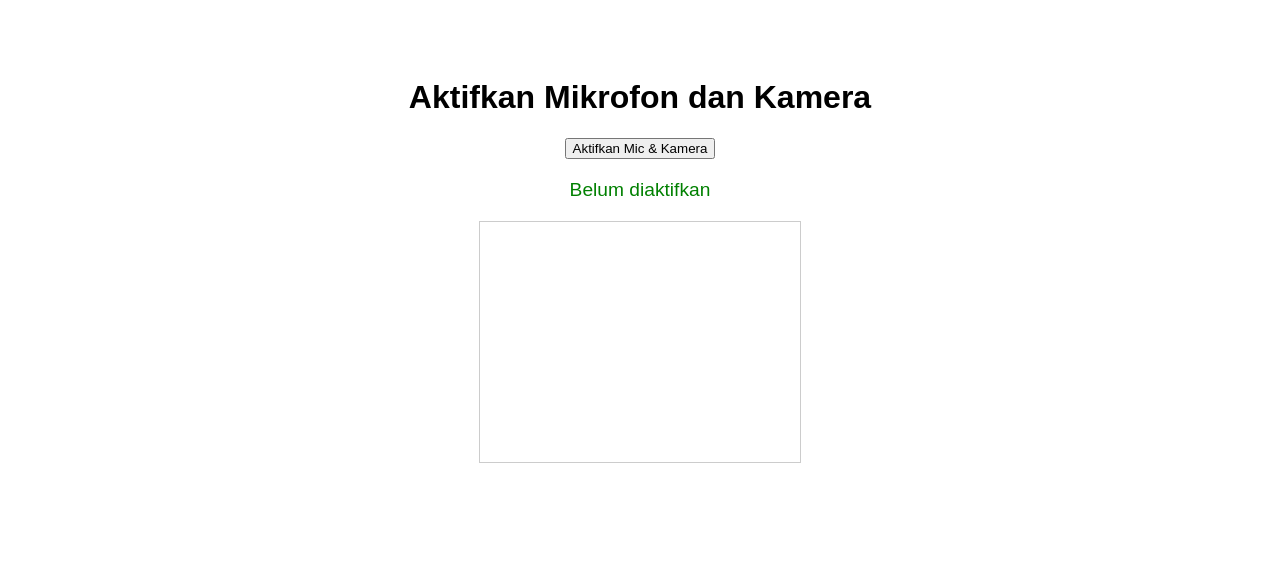
Repository: RalfyBawinto/working-teachable-machine
Page: index.html
The author's editor kept a copy of each file at every save. The page is drawn from the files as they stood at one save, then again after the next save.
The browser window is 1280 px wide. The pictures show the whole page.

Above is the page before, as saved 2025-04-22 00:14:27.

After the next save:
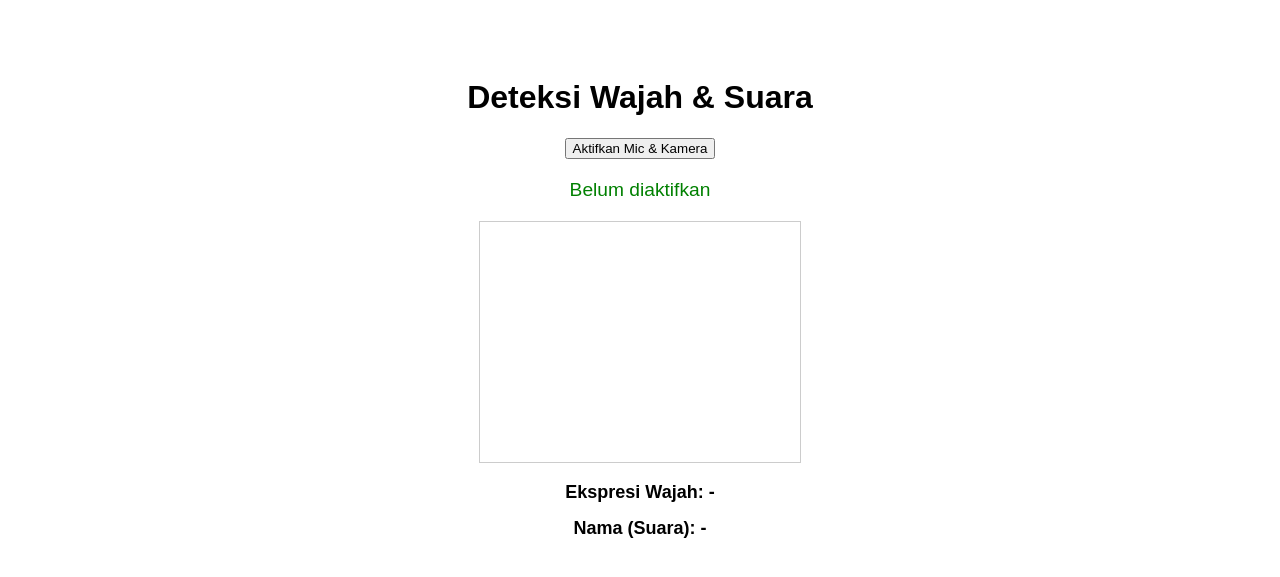
Saved 70 s later.
--- a/index.html
+++ b/index.html
@@ -3,7 +3,7 @@
   <head>
     <meta charset="UTF-8" />
     <meta name="viewport" content="width=device-width, initial-scale=1" />
-    <title>Aktifkan Mic dan Kamera</title>
+    <title>Deteksi Wajah & Suara</title>
     <style>
       body {
         font-family: Arial, sans-serif;
@@ -21,15 +21,31 @@
         height: 240px;
         border: 1px solid #ccc;
       }
+      .output {
+        margin-top: 15px;
+        font-size: 18px;
+        font-weight: bold;
+      }
     </style>
   </head>
   <body>
-    <h1>Aktifkan Mikrofon dan Kamera</h1>
+    <h1>Deteksi Wajah & Suara</h1>
     <button onclick="aktifkanMicDanKamera()">Aktifkan Mic & Kamera</button>
     <div id="status">Belum diaktifkan</div>
     <video id="video" autoplay muted></video>
 
+    <div class="output" id="face-output">Ekspresi Wajah: -</div>
+    <div class="output" id="voice-output">Nama (Suara): -</div>
+
+    <!-- TensorFlow.js -->
+    <script src="https://cdn.jsdelivr.net/npm/@tensorflow/tfjs@3.21.0/dist/tf.min.js"></script>
+    <script src="https://cdn.jsdelivr.net/npm/@teachablemachine/image@0.8/dist/teachablemachine-image.min.js"></script>
+    <script src="https://cdn.jsdelivr.net/npm/@teachablemachine/audio@0.8/dist/teachablemachine-audio.min.js"></script>
+
     <script>
+      let video, canvas, ctx;
+      let faceModel, audioModel;
+
       async function aktifkanMicDanKamera() {
         try {
           const stream = await navigator.mediaDevices.getUserMedia({
@@ -42,13 +58,85 @@
           const videoElement = document.getElementById("video");
           videoElement.srcObject = stream;
 
-          console.log("Stream aktif:", stream);
+          // Setelah kamera berhasil diaktifkan, mulai deteksi wajah dan suara
+          video = document.getElementById("video");
+          canvas = document.createElement("canvas");
+          ctx = canvas.getContext("2d");
+
+          // Memuat model deteksi wajah dan suara
+          await loadModels();
+
+          // Jalankan deteksi
+          requestAnimationFrame(loop);
+          predictVoice();
         } catch (err) {
           console.error("Gagal mengakses mic/kamera:", err);
           document.getElementById("status").textContent =
             "Gagal mengakses mic/kamera ❌";
         }
       }
+
+      async function loadModels() {
+        const faceModelURL =
+          "https://teachablemachine.withgoogle.com/models/oTtv--EQC/";
+        const voiceModelURL =
+          "https://teachablemachine.withgoogle.com/models/K_GdR4c9y/";
+
+        // Load model wajah
+        faceModel = await tmImage.load(
+          faceModelURL + "model.json",
+          faceModelURL + "metadata.json"
+        );
+
+        // Load model suara
+        audioModel = await tmAudio.load(
+          voiceModelURL + "model.json",
+          voiceModelURL + "metadata.json"
+        );
+      }
+
+      async function loop() {
+        ctx.drawImage(video, 0, 0, canvas.width, canvas.height);
+        await predictFace();
+        requestAnimationFrame(loop);
+      }
+
+      async function predictFace() {
+        const prediction = await faceModel.predict(canvas);
+        const highest = prediction.reduce(
+          (max, p) => (p.probability > max.probability ? p : max),
+          { probability: 0 }
+        );
+        document.getElementById("face-output").innerText = `Ekspresi Wajah: ${
+          highest.className
+        } (${(highest.probability * 100).toFixed(1)}%)`;
+      }
+
+      async function predictVoice() {
+        try {
+          await audioModel.listen(
+            async () => {
+              const prediction = await audioModel.predict();
+              const highest = prediction.reduce(
+                (max, p) => (p.probability > max.probability ? p : max),
+                { probability: 0 }
+              );
+              document.getElementById(
+                "voice-output"
+              ).innerText = `Nama (Suara): ${highest.className} (${(
+                highest.probability * 100
+              ).toFixed(1)}%)`;
+            },
+            {
+              probabilityThreshold: 0.85,
+              overlapFactor: 0.5,
+            }
+          );
+        } catch (err) {
+          console.error("Gagal mendengarkan suara:", err);
+          alert("Tidak dapat mengakses mikrofon atau memulai deteksi suara.");
+        }
+      }
     </script>
   </body>
 </html>
